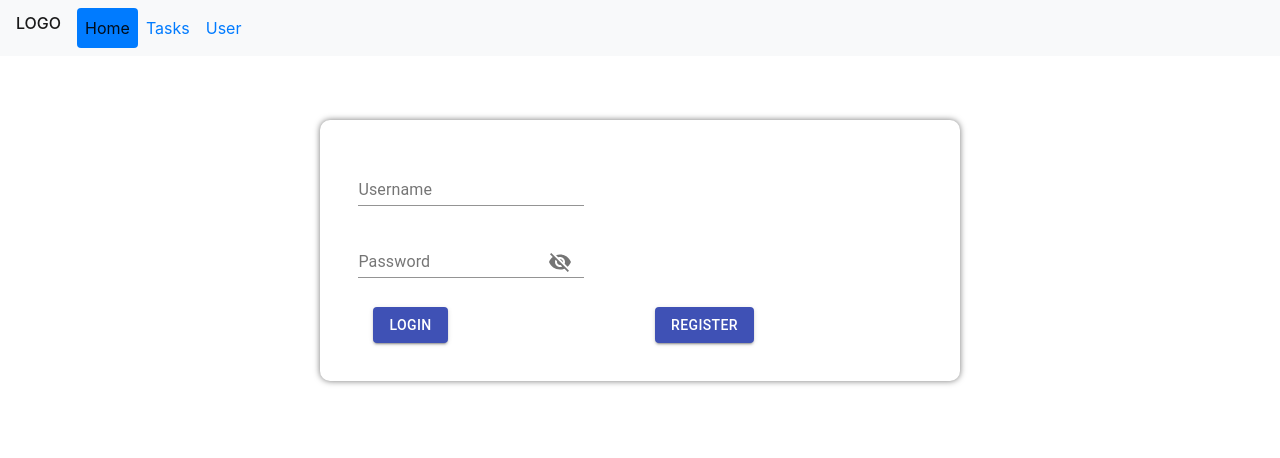
Repository: lalji-yadav/Nimapinfotech-demo-project
Page: /login
An editor plug-in stored every save of this project. The page is shown before and after the next save, followed by the edit.
The browser window is 1280 px wide. The pictures show the whole page.
The project was rebuilt for these pictures with package versions that can differ from the ones it lists, and the page was loaded fresh each time. Also part of the build but not shown: src/components/Home.js, src/components/Tasks.js, src/components/Users.js.

Above is the page before, as saved 2021-01-18 11:57:57.

After the next save:
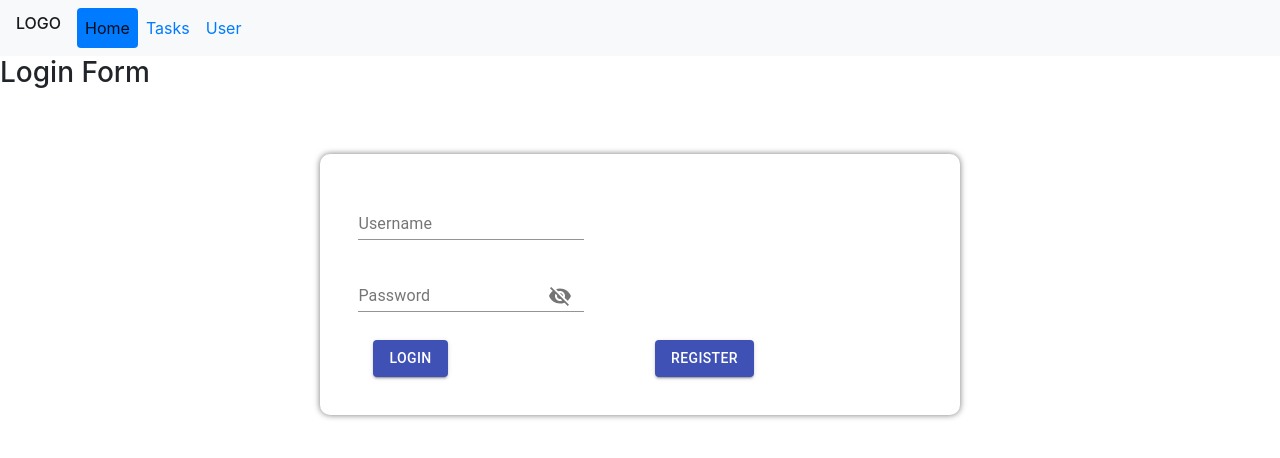
Saved 54 s later.
--- a/src/components/Login.js
+++ b/src/components/Login.js
@@ -70,6 +70,8 @@ const validate = values => {
 
   return (
     <div>
+
+      <h3> Login Form  </h3>
       <div className="effect1" style={{width:"50%", margin:"5% 25% 0% 25%", padding:"3%"}}>
 
          <TextField id="username"
